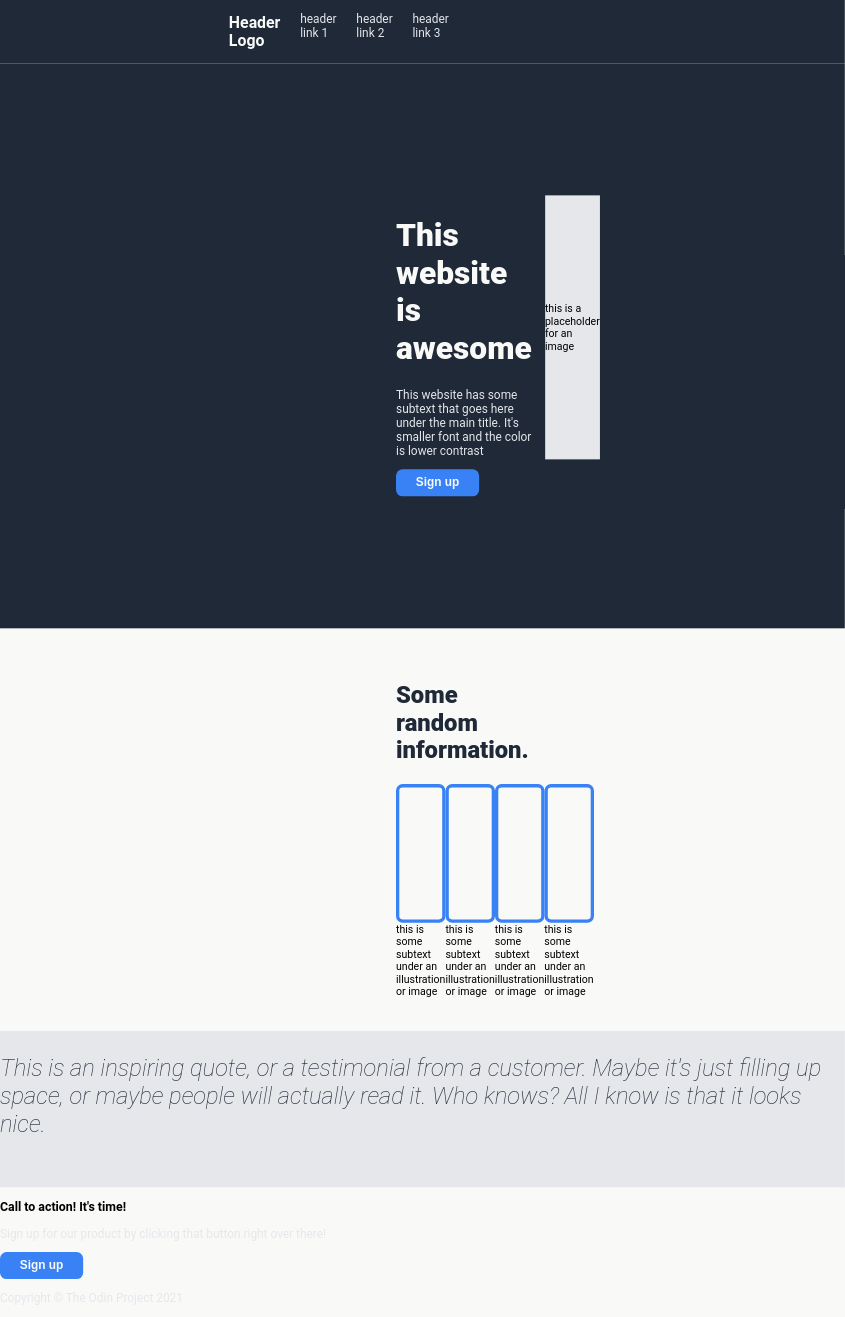
Repository: rsoetydev/landing-page
Page: index.html
The author's editor kept a copy of each file at every save. The page is drawn from the files as they stood at one save, then again after the next save.
The browser window is 1280 px wide. The pictures show the whole page, at 66% of full size.

Above is the page before, as saved 2023-11-28 10:28:05.

After the next save:
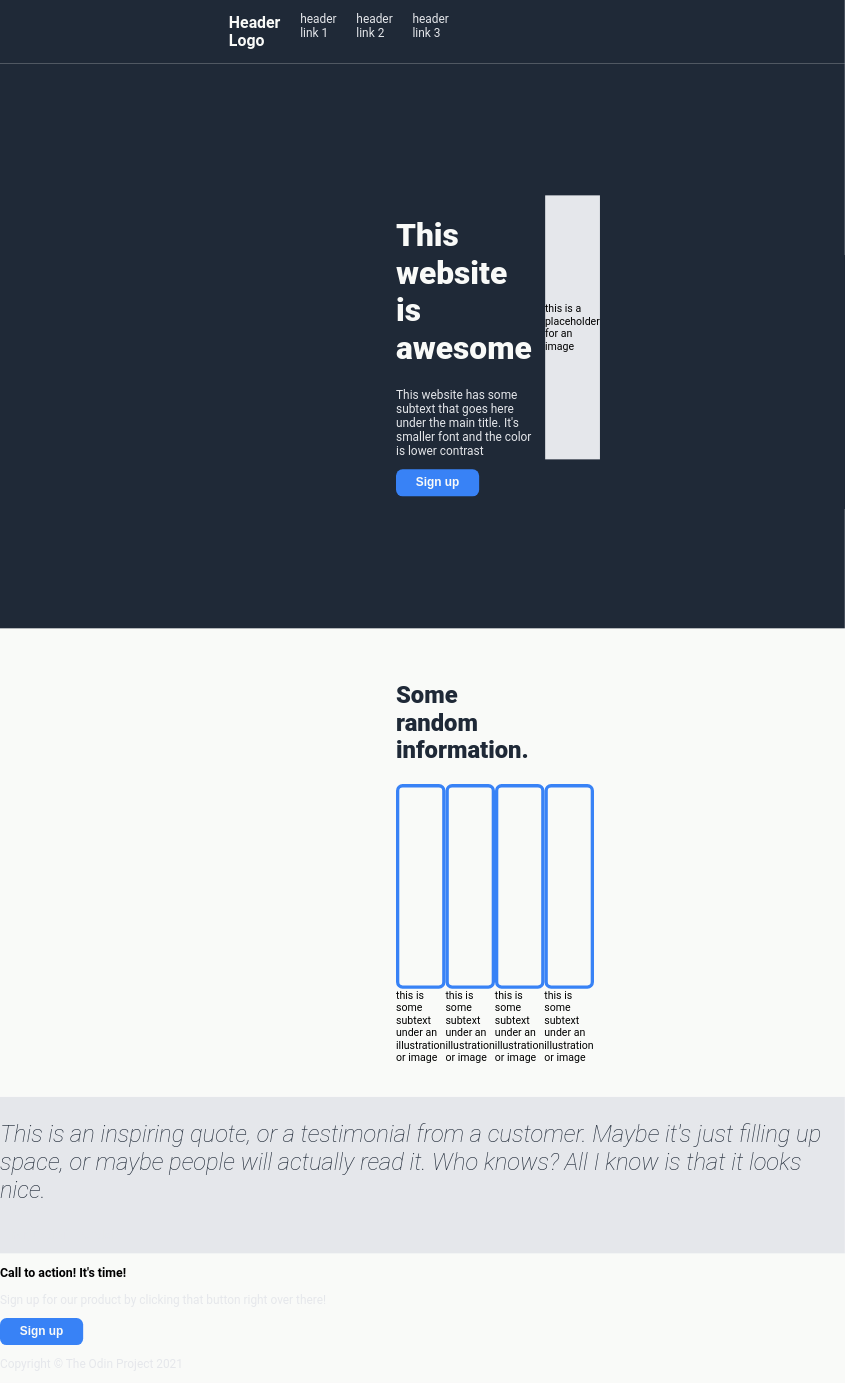
Saved 12 s later.
--- a/style.css
+++ b/style.css
@@ -109,7 +109,7 @@
 }
 
 .item-pic{
-    height:200px;
+    height:300px;
     flex-grow: 1;
     border-style: solid;
     border-color: var(--blue);

After the save that followed:
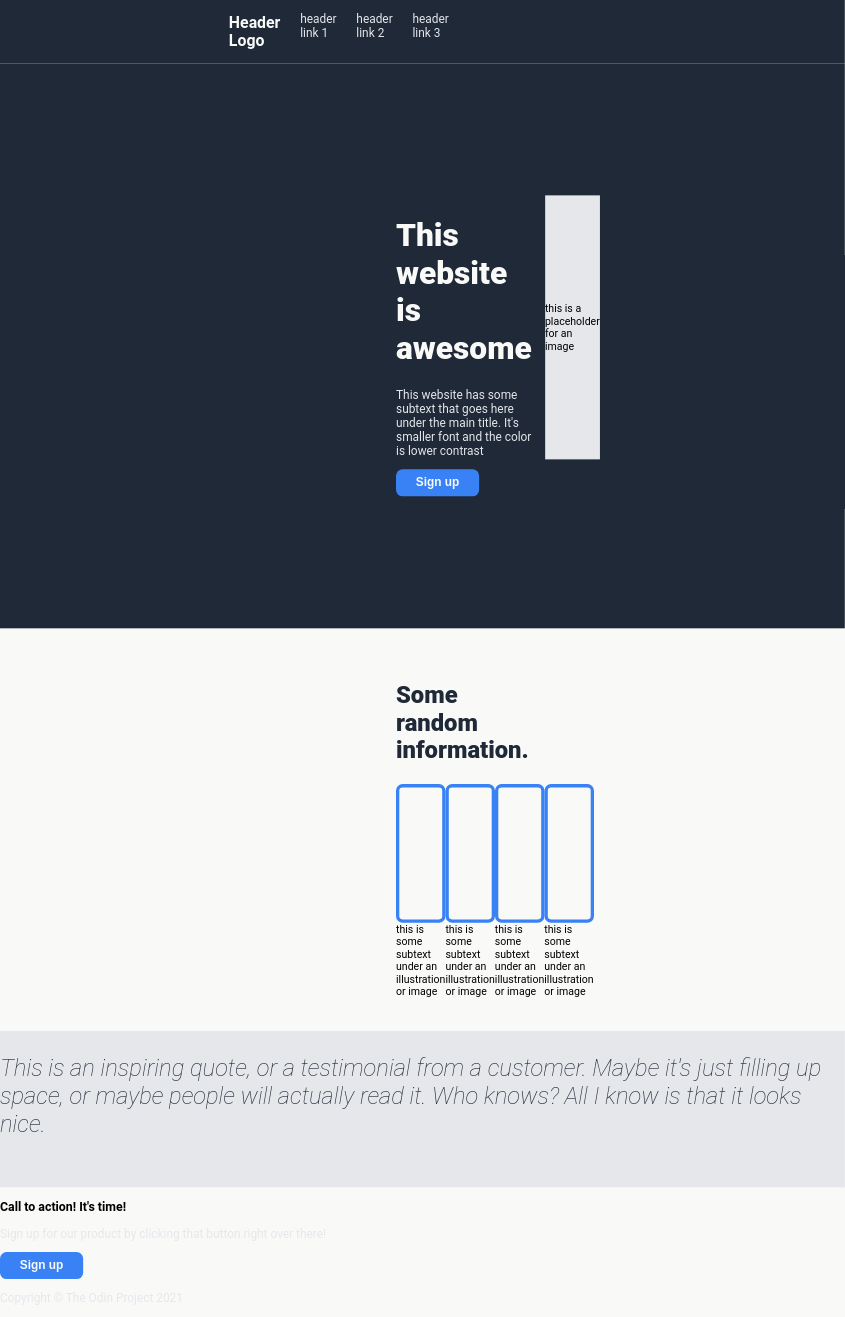
Saved 9 s later.
--- a/style.css
+++ b/style.css
@@ -105,11 +105,11 @@
 .item{
     display:flex;
     flex-direction: column;
-    width: 300px;
+    width: 200px;
 }
 
 .item-pic{
-    height:300px;
+    height:200px;
     flex-grow: 1;
     border-style: solid;
     border-color: var(--blue);
